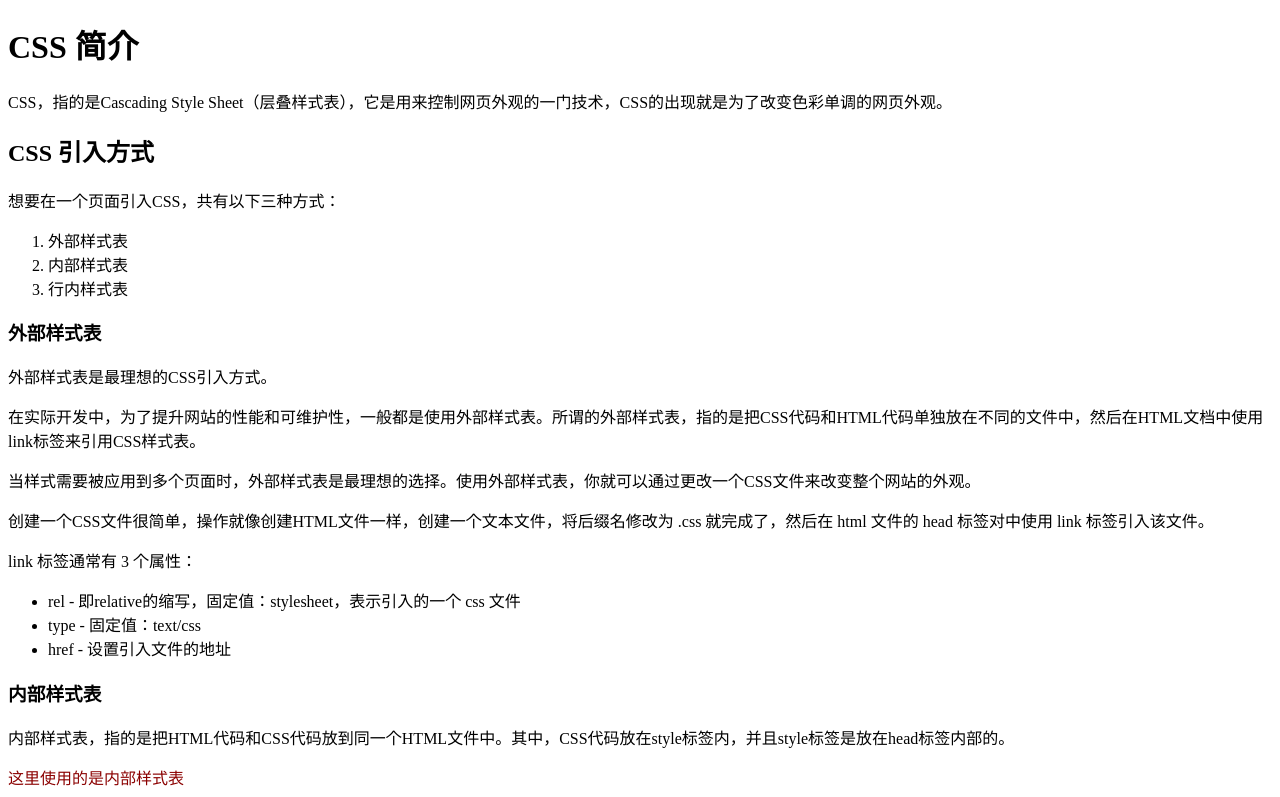
Repository: liang-n/front-end-basics
Page: 11-CSS简介.html
These files come from the project's save history. The page is drawn as it stood at one moment and after a run of saves; the edit follows.
The browser window is 1280 px wide. The pictures show the whole page.

Above is the page before, as saved 2022-05-15 22:49:02.

After the next 3 saves:
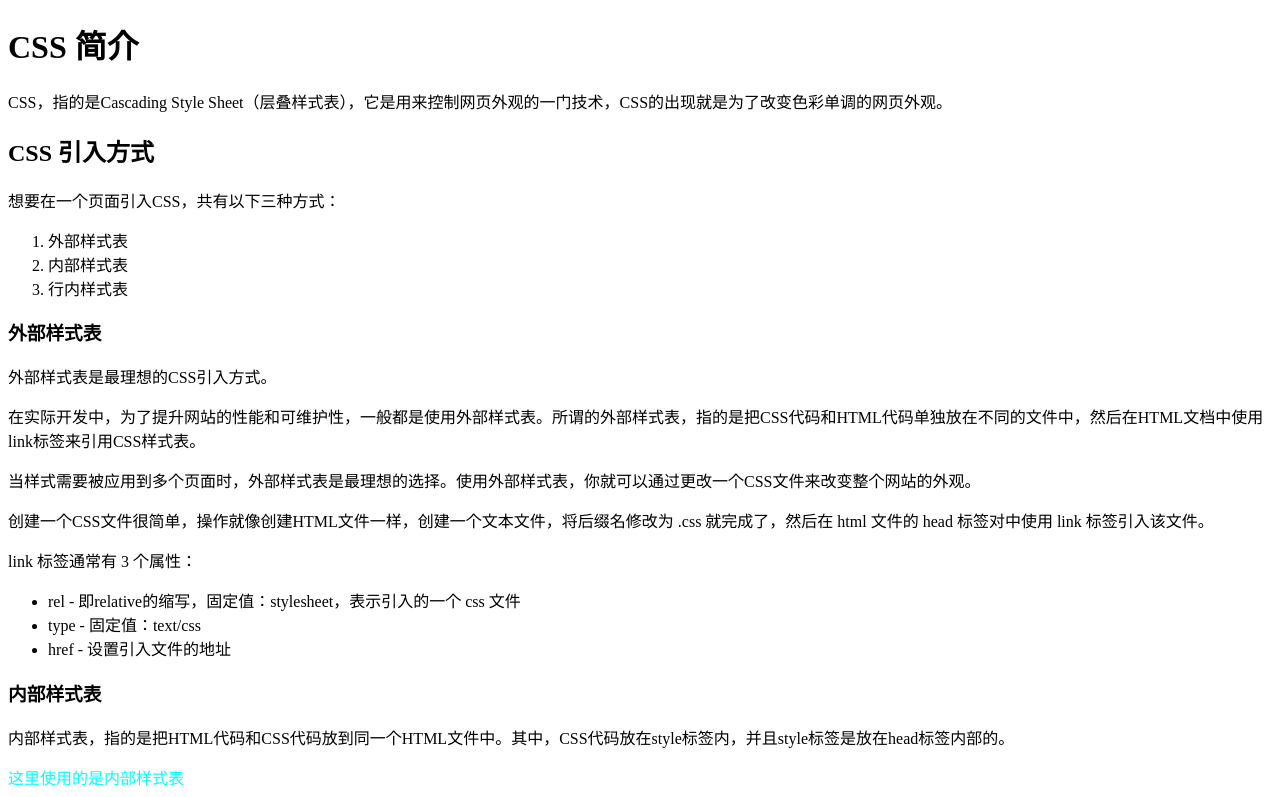
The 3 saves are shown as one change because they came seconds apart.
The last was saved 12 s later.
--- a/11-CSS简介.html
+++ b/11-CSS简介.html
@@ -10,7 +10,7 @@
     <!--style 标签示例-->
     <style type="text/css">
         div {
-            color: darkred
+            color: aqua
         }
     </style>
 </head>
